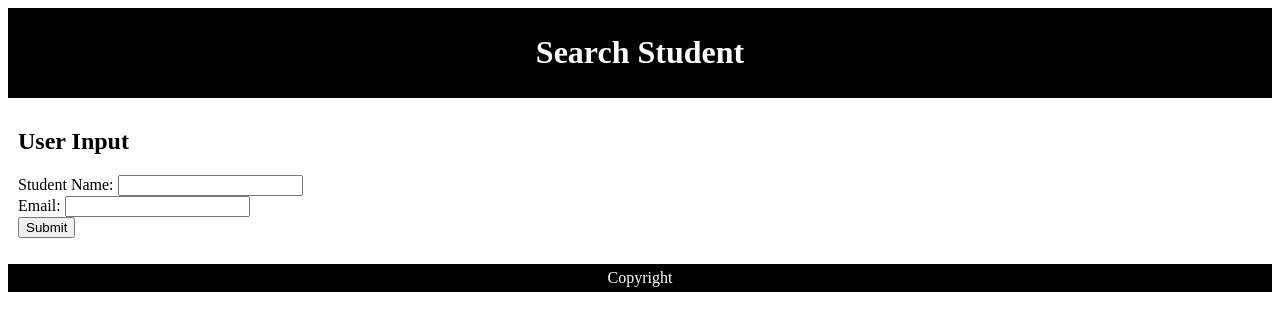
Repository: dreamxia329/TechExercise4830
Page: T3-0325-xia/T3-webProject-Xia/WebContent/search.html
These files come from the project's save history. The page is drawn as it stood at one moment and after the next save; the edit follows.
The browser window is 1280 px wide. The pictures show the whole page.

Above is the page before, as saved 2022-03-31 17:06:33.

After the next save:
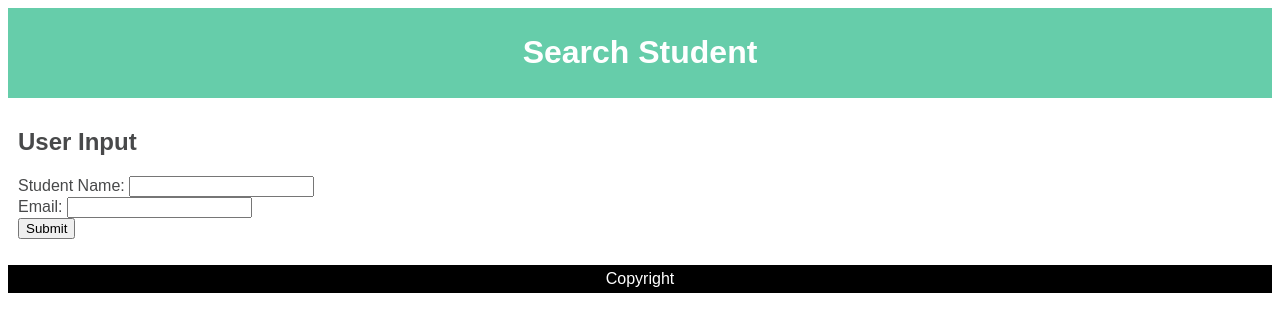
Saved 62 s later.
--- a/T3-0325-xia/T3-webProject-Xia/WebContent/search.html
+++ b/T3-0325-xia/T3-webProject-Xia/WebContent/search.html
@@ -1,8 +1,14 @@
 <html>
 <head>
 <style>
+
+body {
+	font-family: 'Poppins', sans-serif;
+	color: #48494a;
+}
+
 header {
-	background-color: black;
+	background-color: #66CDAA;
 	color: white;
 	text-align: center;
 	padding: 5px;
